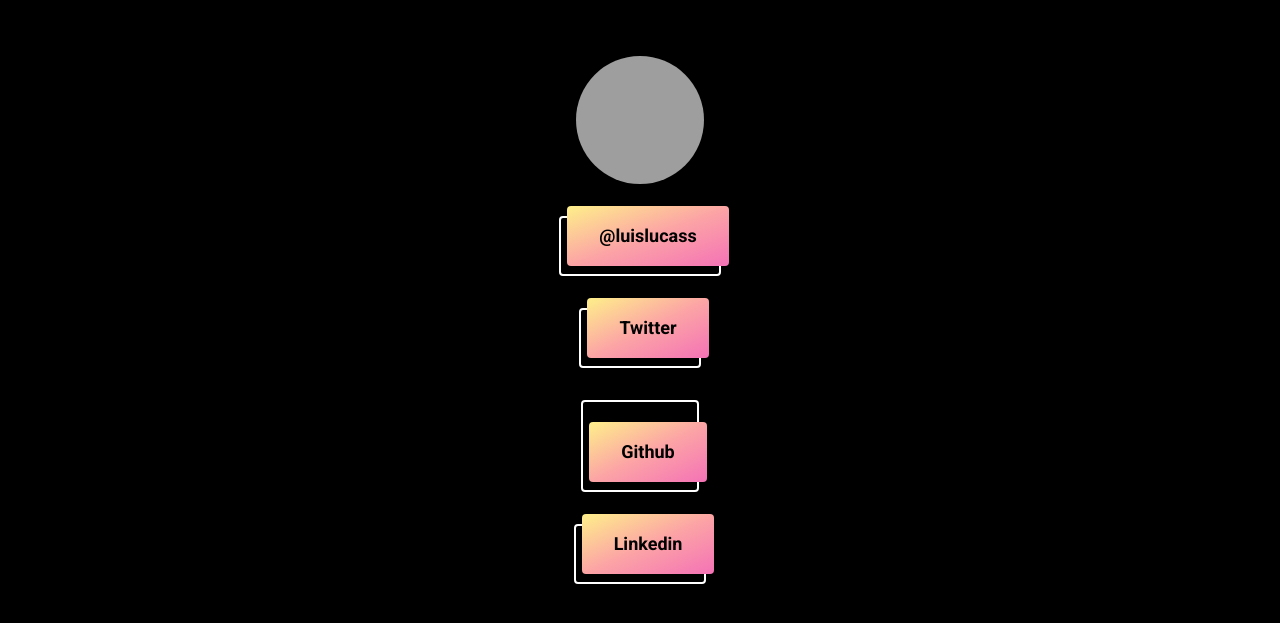
Repository: LuisSempre/link-to
Page: index.html
The author's editor kept a copy of each file at every save. The page is drawn from the files as they stood at one save, then again after a run of saves.
The browser window is 1280 px wide. The pictures show the whole page.
Pictures or frames that could not be fetched are drawn as grey boxes. Some web libraries are served in a nearby version.

Above is the page before, as saved 2022-07-05 22:22:58.

### index.html
<!DOCTYPE html>
<html lang="en">
    <head>
        <meta charset="UTF-8">
        <meta http-equiv="X-UA-Compatible" content="IE=edge">
        <meta name="viewport" content="width=device-width, initial-scale=1.0">
        <link rel="preconnect" href="https://fonts.googleapis.com">
        <link rel="preconnect" href="https://fonts.gstatic.com" crossorigin>
        <link
            href="https://fonts.googleapis.com/css2?family=Roboto:ital,wght@0,100;0,300;0,400;0,500;0,700;0,900;1,100;1,300;1,400;1,500;1,700;1,900&display=swap"
            rel="stylesheet">
        <script src="https://cdn.tailwindcss.com"></script>
        <title>Document</title>
    </head>
    <body style="font-family:Roboto">
        <div class="h-screen w-full bg-black flex items-center justify-center">
            <section class="relative">
                <div class="relative z-40 mx-auto h-full max-w-7xl px-10">
                    <div class="-mt-20 flex h-full w-full flex-col items-center
                        justify-center space-y-8">
                        <img
                            class="w-32 h-32 rounded-full"
                            src="https://media-exp1.licdn.com/dms/image/C4E03AQFxPhk96MlXfQ/profile-displayphoto-shrink_800_800/0/1657066015387?e=1662595200&v=beta&t=8l3NPv3_wh4v4q8p_mHKIiNLJlaeUFYIeHHBMLw4AEI"
                            alt="">
                        <a href="https://www.instagram.com/luislucass/"
                            class="group relative w-full sm:w-auto">
                            <span class="absolute top-0 left-0 h-full w-full
                                rounded
                                border-2 border-white text-transparent">Twitter</span>
                            <span class="relative inline-block w-full
                                -translate-y-2.5 translate-x-2 transform rounded
                                bg-gradient-to-br from-yellow-200 via-red-300
                                to-pink-400 px-8 py-4 text-center text-lg
                                font-semibold transition-all duration-150
                                ease-linear group-hover:-translate-y-1.5
                                group-hover:translate-x-1.5 sm:w-auto
                                hover:text-white">@luislucass</span>
                        </a>
                        <a href="https://twitter.com/LuisLucass" class="group
                            relative w-full sm:w-auto">
                            <span class="absolute top-0 left-0 h-full w-full
                                rounded
                                border-2 border-white text-transparent">Twitter</span>
                            <span class="relative inline-block w-full
                                -translate-y-2.5 translate-x-2 transform rounded
                                bg-gradient-to-br from-yellow-200 via-red-300
                                to-pink-400 px-8 py-4 text-center text-lg
                                font-semibold transition-all duration-150
                                ease-linear group-hover:-translate-y-1.5
                                group-hover:translate-x-1.5 sm:w-auto
                                hover:text-white">Twitter</span>
                        </a>
                        <a href="https://github.com/LuisSempre" class="group
                            relative w-full sm:w-auto">
                            <svg height="32" aria-hidden="true" viewBox="0 0 16
                                16" version="1.1" width="32"
                                data-view-component="true" class="octicon
                                octicon-mark-github v-align-middle">
                                <path fill-rule="evenodd" d="M8 0C3.58 0 0 3.58
                                    0 8c0 3.54 2.29 6.53 5.47
                                    7.59.4.07.55-.17.55-.38
                                    0-.19-.01-.82-.01-1.49-2.01.37-2.53-.49-2.69-.94-.09-.23-.48-.94-.82-1.13-.28-.15-.68-.52-.01-.53.63-.01
                                    1.08.58 1.23.82.72 1.21 1.87.87
                                    2.33.66.07-.52.28-.87.51-1.07-1.78-.2-3.64-.89-3.64-3.95
                                    0-.87.31-1.59.82-2.15-.08-.2-.36-1.02.08-2.12
                                    0 0 .67-.21 2.2.82.64-.18 1.32-.27 2-.27.68
                                    0 1.36.09 2 .27 1.53-1.04 2.2-.82 2.2-.82.44
                                    1.1.16 1.92.08 2.12.51.56.82 1.27.82 2.15 0
                                    3.07-1.87 3.75-3.65 3.95.29.25.54.73.54 1.48
                                    0 1.07-.01 1.93-.01 2.2 0
                                    .21.15.46.55.38A8.013 8.013 0 0016
                                    8c0-4.42-3.58-8-8-8z"></path>
                            </svg>
                            <span class="absolute top-0 left-0 h-full w-full
                                rounded
                                border-2 border-white text-transparent">Github</span>
                            <span class="relative inline-block w-full
                                -translate-y-2.5 translate-x-2 transform rounded
                                bg-gradient-to-br from-yellow-200 via-red-300
                                to-pink-400 px-8 py-4 text-center text-lg
                                font-semibold transition-all duration-150
                                ease-linear group-hover:-translate-y-1.5
                                group-hover:translate-x-1.5 sm:w-auto
                                hover:text-white">Github</span>
                        </a>
                        <a
                            href="https://www.linkedin.com/in/luis-lucas-a5b30737/"
                            class="group relative w-full sm:w-auto">
                            <span class="absolute top-0 left-0 h-full w-full
                                rounded
                                border-2 border-white text-transparent">Linkedin</span>
                            <span class="relative inline-block w-full
                                -translate-y-2.5 translate-x-2 transform rounded
                                bg-gradient-to-br from-yellow-200 via-red-300
                                to-pink-400 px-8 py-4 text-center text-lg
                                font-semibold transition-all duration-150
                                ease-linear group-hover:-translate-y-1.5
                                group-hover:translate-x-1.5 sm:w-auto
                                hover:text-white">Linkedin</span>
                        </a>
                    </div>
                </div>
            </section>
        </div>
    </body>
</html>

After the next 2 saves:
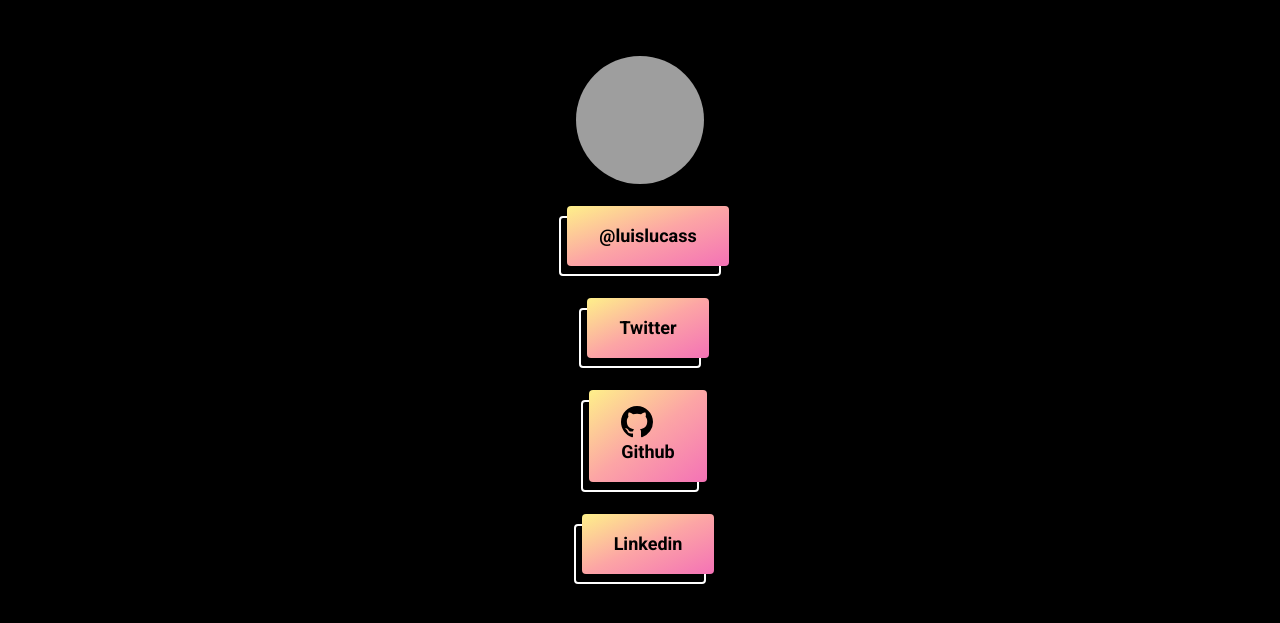
The 2 saves are shown as one change because they came seconds apart.
The last was saved 27 s later.
--- a/index.html
+++ b/index.html
@@ -52,25 +52,7 @@
                         </a>
                         <a href="https://github.com/LuisSempre" class="group
                             relative w-full sm:w-auto">
-                            <svg height="32" aria-hidden="true" viewBox="0 0 16
-                                16" version="1.1" width="32"
-                                data-view-component="true" class="octicon
-                                octicon-mark-github v-align-middle">
-                                <path fill-rule="evenodd" d="M8 0C3.58 0 0 3.58
-                                    0 8c0 3.54 2.29 6.53 5.47
-                                    7.59.4.07.55-.17.55-.38
-                                    0-.19-.01-.82-.01-1.49-2.01.37-2.53-.49-2.69-.94-.09-.23-.48-.94-.82-1.13-.28-.15-.68-.52-.01-.53.63-.01
-                                    1.08.58 1.23.82.72 1.21 1.87.87
-                                    2.33.66.07-.52.28-.87.51-1.07-1.78-.2-3.64-.89-3.64-3.95
-                                    0-.87.31-1.59.82-2.15-.08-.2-.36-1.02.08-2.12
-                                    0 0 .67-.21 2.2.82.64-.18 1.32-.27 2-.27.68
-                                    0 1.36.09 2 .27 1.53-1.04 2.2-.82 2.2-.82.44
-                                    1.1.16 1.92.08 2.12.51.56.82 1.27.82 2.15 0
-                                    3.07-1.87 3.75-3.65 3.95.29.25.54.73.54 1.48
-                                    0 1.07-.01 1.93-.01 2.2 0
-                                    .21.15.46.55.38A8.013 8.013 0 0016
-                                    8c0-4.42-3.58-8-8-8z"></path>
-                            </svg>
+
                             <span class="absolute top-0 left-0 h-full w-full
                                 rounded
                                 border-2 border-white text-transparent">Github</span>
@@ -81,7 +63,31 @@
                                 font-semibold transition-all duration-150
                                 ease-linear group-hover:-translate-y-1.5
                                 group-hover:translate-x-1.5 sm:w-auto
-                                hover:text-white">Github</span>
+                                hover:text-white"> <svg height="32"
+                                    aria-hidden="true" viewBox="0 0 16
+                                    16" version="1.1" width="32"
+                                    data-view-component="true" class="octicon
+                                    octicon-mark-github v-align-middle">
+                                    <path fill-rule="evenodd" d="M8 0C3.58 0 0
+                                        3.58
+                                        0 8c0 3.54 2.29 6.53 5.47
+                                        7.59.4.07.55-.17.55-.38
+                                        0-.19-.01-.82-.01-1.49-2.01.37-2.53-.49-2.69-.94-.09-.23-.48-.94-.82-1.13-.28-.15-.68-.52-.01-.53.63-.01
+                                        1.08.58 1.23.82.72 1.21 1.87.87
+                                        2.33.66.07-.52.28-.87.51-1.07-1.78-.2-3.64-.89-3.64-3.95
+                                        0-.87.31-1.59.82-2.15-.08-.2-.36-1.02.08-2.12
+                                        0 0 .67-.21 2.2.82.64-.18 1.32-.27
+                                        2-.27.68
+                                        0 1.36.09 2 .27 1.53-1.04 2.2-.82
+                                        2.2-.82.44
+                                        1.1.16 1.92.08 2.12.51.56.82 1.27.82
+                                        2.15 0
+                                        3.07-1.87 3.75-3.65 3.95.29.25.54.73.54
+                                        1.48
+                                        0 1.07-.01 1.93-.01 2.2 0
+                                        .21.15.46.55.38A8.013 8.013 0 0016
+                                        8c0-4.42-3.58-8-8-8z"></path>
+                                </svg>Github</span>
                         </a>
                         <a
                             href="https://www.linkedin.com/in/luis-lucas-a5b30737/"
